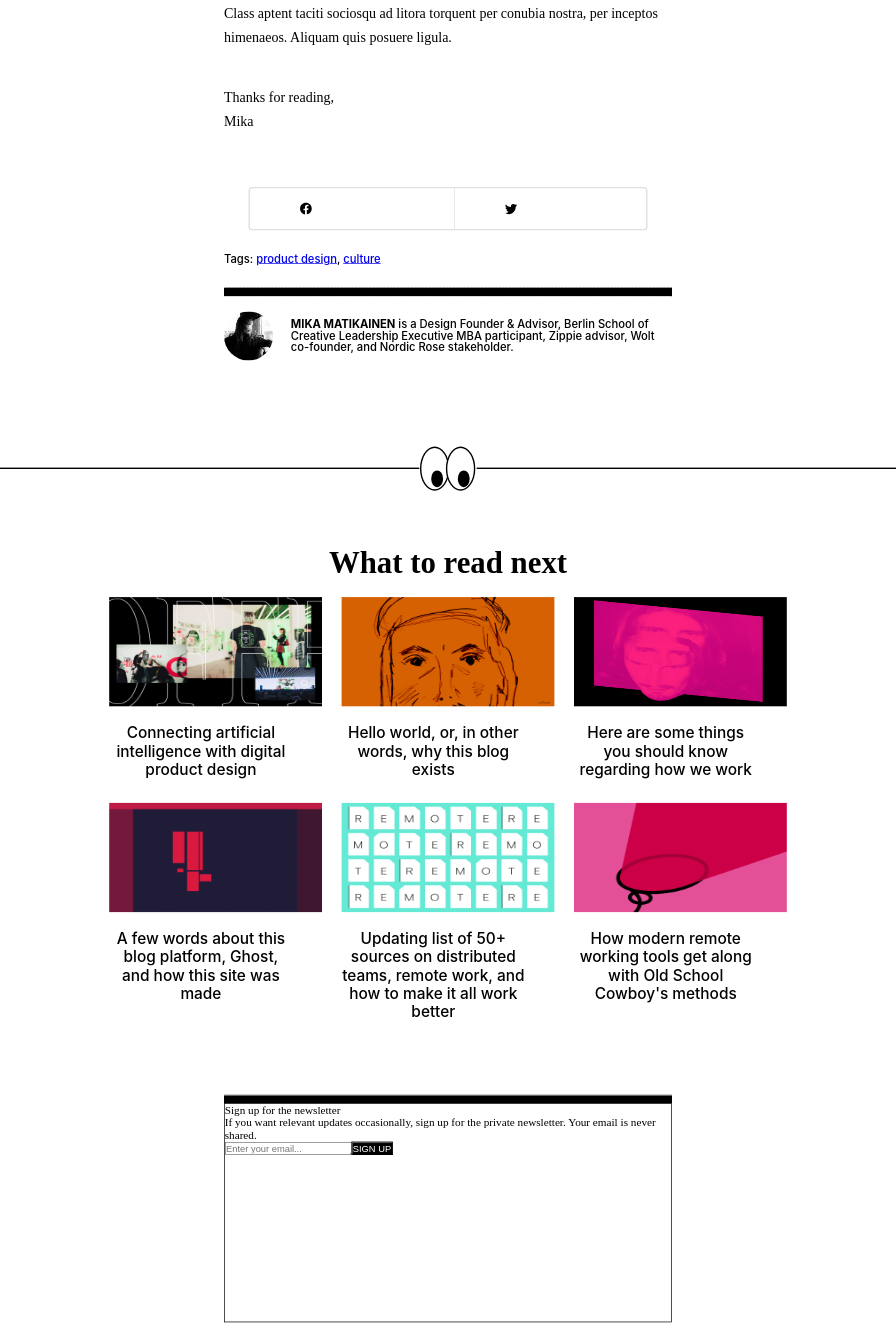
Repository: ThuTrang-jvb/JVB-BT1
Page: Page 3/article.html
The author's editor kept a copy of each file at every save. The page is drawn from the files as they stood at one save, then again after the next save.
The browser window is 1280 px wide. The pictures show the part of the page from y = 3400 to 5320 px (the page is 5851 px tall), at 70% of full size.

Above is the page before, as saved 2025-06-30 10:13:31.

After the next save:
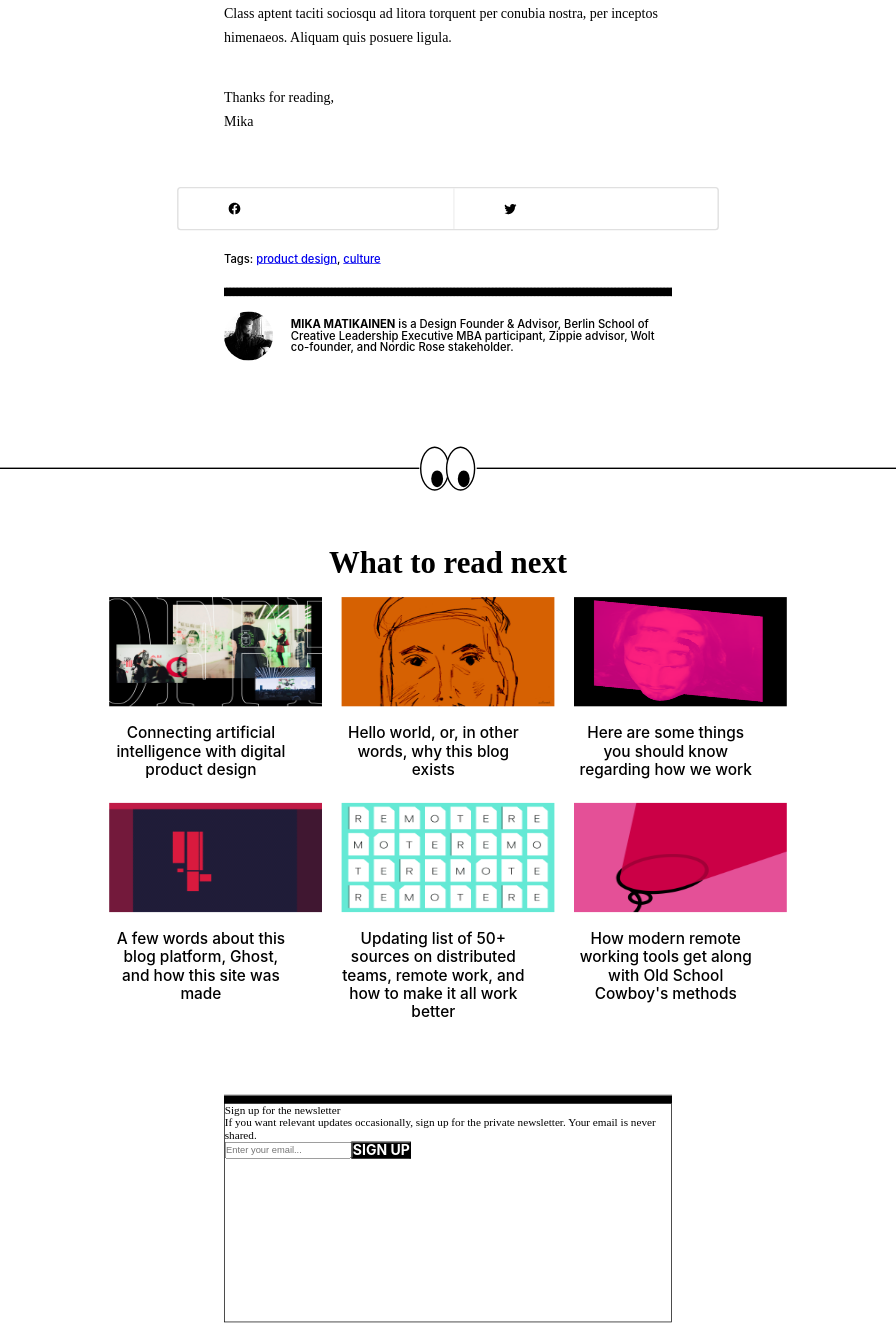
Saved 18 s later.
--- a/Page 3/styleArticle.css
+++ b/Page 3/styleArticle.css
@@ -431,6 +431,14 @@ hr {
 button {
     background-color: #000000;
     color: white;
+    font-family: SF Pro Text;
+font-weight: 700;
+font-size: 20px;
+line-height: 100%;
+letter-spacing: 5%;
+text-align: center;
+text-transform: uppercase;
+
 }
 
 
